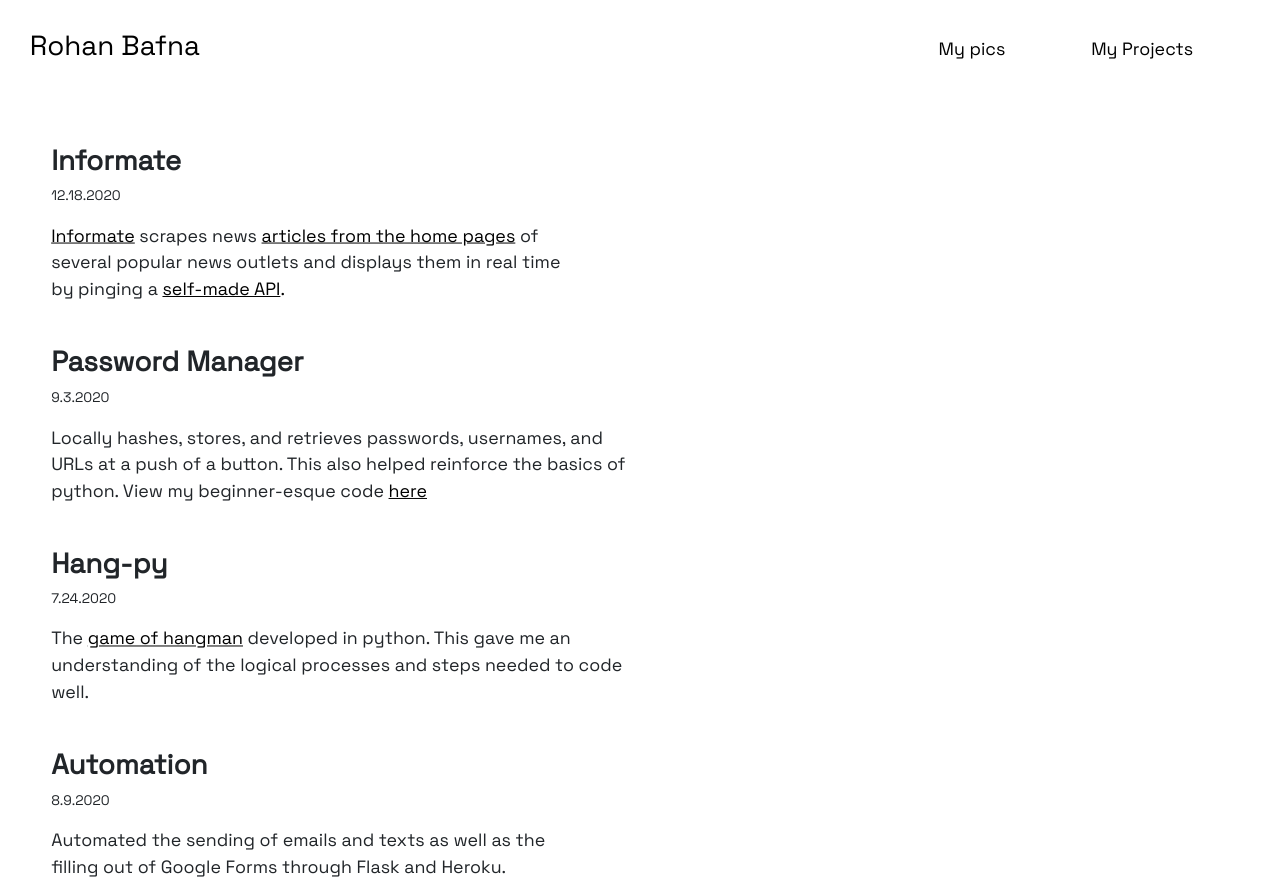
Repository: rbafna6507/rbafna6507.github.io
Page: actualprojects.html
These files come from the project's save history. The page is drawn as it stood at one moment and after the next save; the edit follows.
The browser window is 1280 px wide. The page is 1301 px wide, so the pictures cover 1301 px, including what lies to the right of the window. The pictures show the whole page, at 99% of full size.

Above is the page before, as saved 2020-12-20 21:14:14.

After the next save:
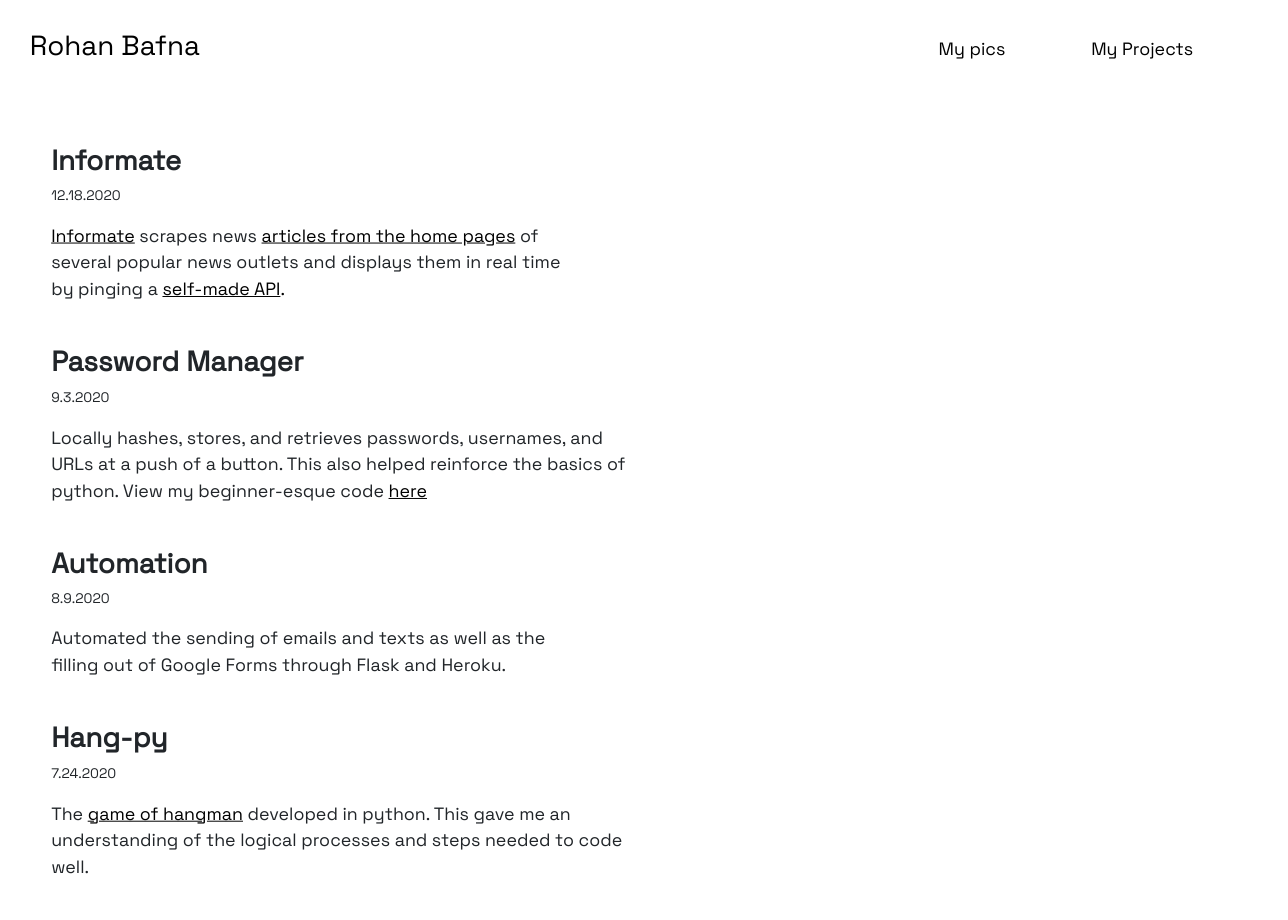
Saved 14 s later.
--- a/actualprojects.html
+++ b/actualprojects.html
@@ -37,17 +37,18 @@
                 <p style="font-size: 18px;">Locally hashes, stores, and retrieves passwords, usernames, and <br>URLs at a push of a button. This also helped reinforce the basics of<br>python. View my beginner-esque code <a href = "https://github.com/rbafna6507/passwordstorageproject"><u>here</u></a></p>
             </div>
             <br><br>
+            <div id = "automation" class = "small">
+                <h3><strong>Automation</strong></h3>
+                <p>8.9.2020</p>
+                <p style="font-size: 18px;">Automated the sending of emails and texts as well as the <br>filling out of Google Forms through Flask and Heroku.</p>
+            </div>
+            <br><br>
             <div id = "hangman" class = "small" onmouseover="document.getElementById('hangman_img').style.visibility = 'visible';" onmouseout = "document.getElementById('hangman_img').style.visibility = 'hidden';">
                 <h3><strong>Hang-py</strong></h3>
                 <p>7.24.2020</p>
                 <p style="font-size: 18px;">The <a href = "https://github.com/rbafna6507/hangmanpython"><u>game of hangman</u></a> developed in python. This gave me an <br>understanding of the logical processes and steps needed to code <br>well.</p>
             </div>
             <br><br>
-            <div id = "automation" class = "small">
-                <h3><strong>Automation</strong></h3>
-                <p>8.9.2020</p>
-                <p style="font-size: 18px;">Automated the sending of emails and texts as well as the <br>filling out of Google Forms through Flask and Heroku.</p>
-            </div>
         </div>
         <div class="col-4">
             <img id = "informate_img" class = "imgs" src = "informate_pic.png">
